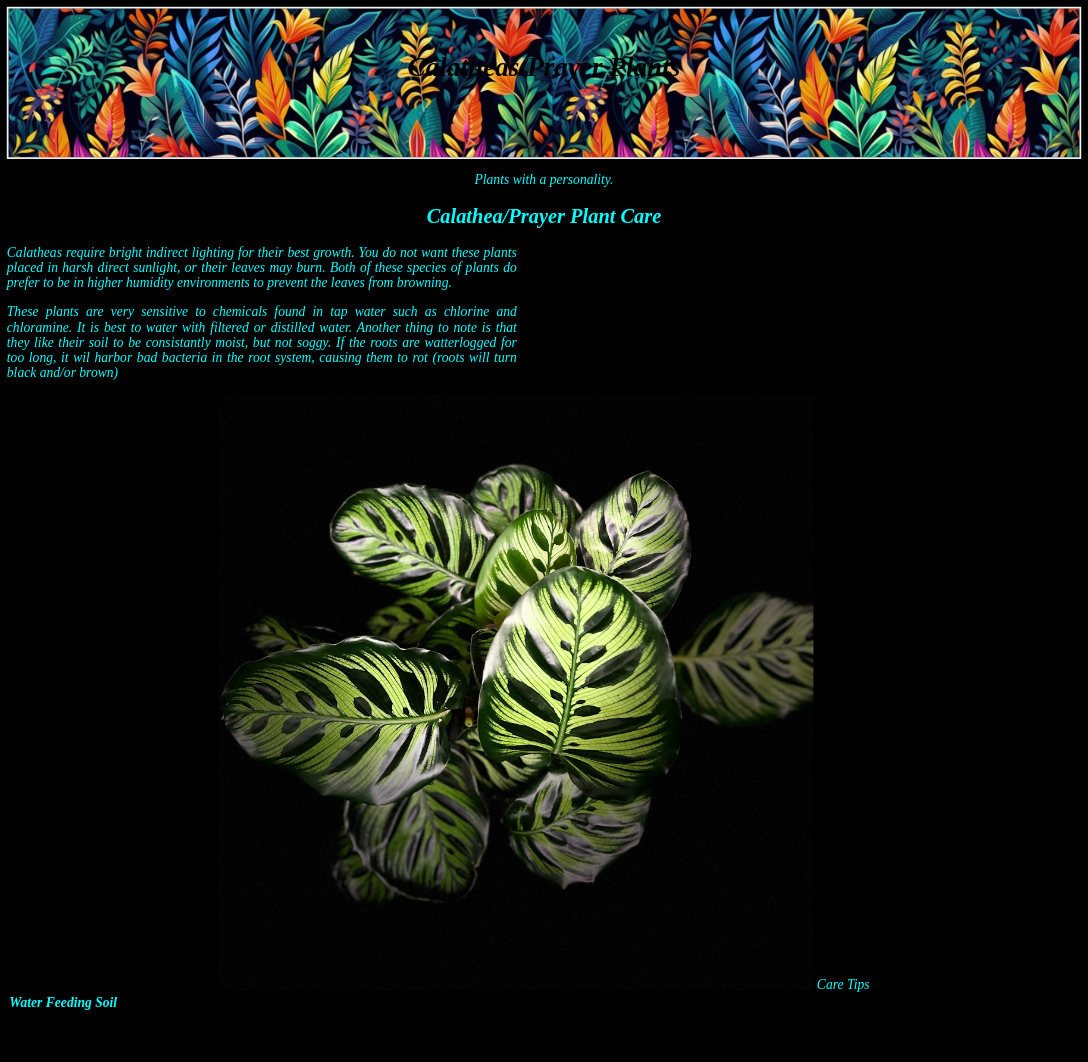
Repository: swillis91/odin-recipies
Page: Planty Page/calatheas.html
These files come from the project's save history. The page is drawn as it stood at one moment and after the next save; the edit follows.
The browser window is 1280 px wide. The pictures show the whole page, at 85% of full size.

Above is the page before, as saved 2023-08-10 00:16:17.

After the next save:
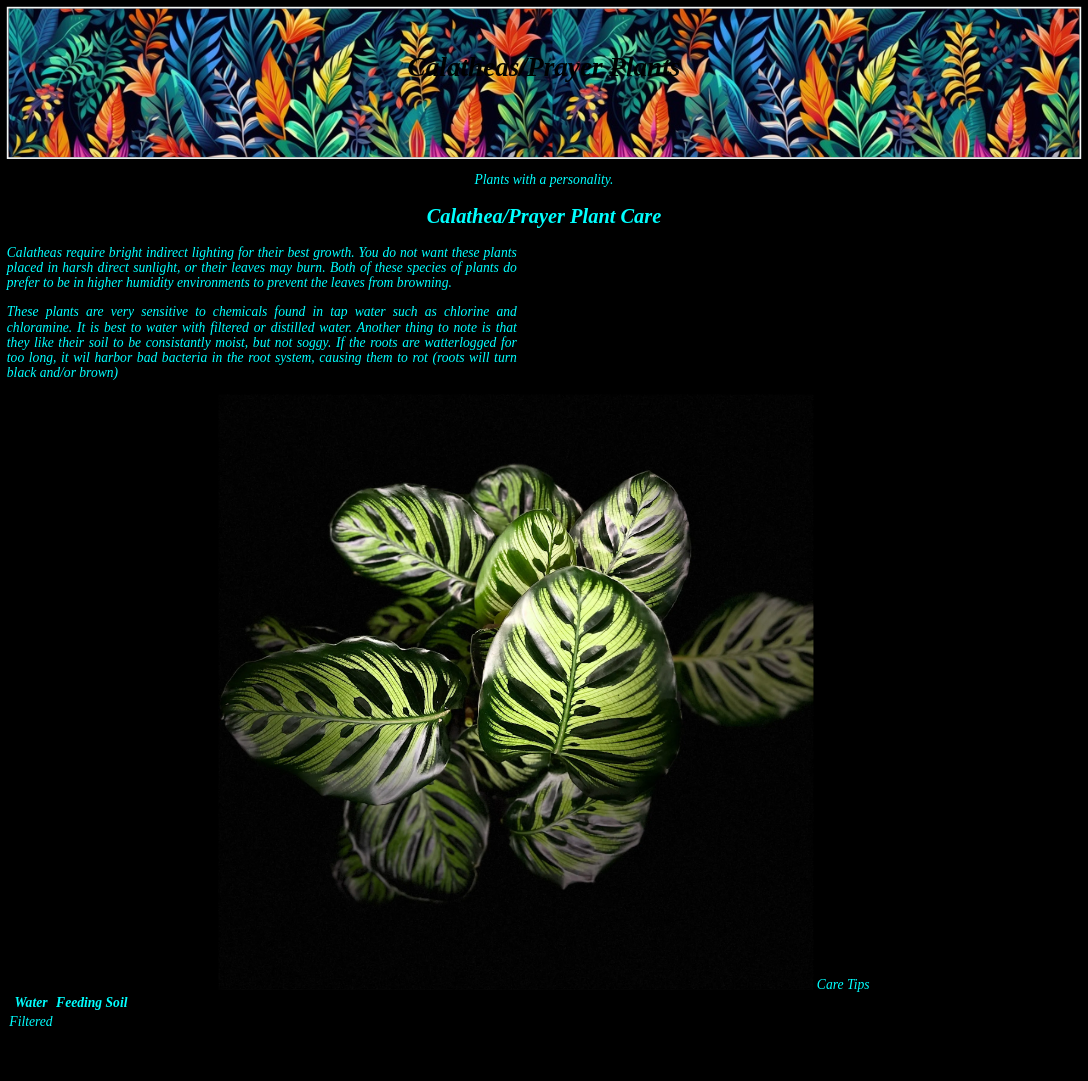
Saved 41 s later.
--- a/Planty Page/calatheas.html
+++ b/Planty Page/calatheas.html
@@ -18,6 +18,9 @@
                     <th>Feeding</th>
                     <th>Soil</th>
                 </tr>
+                <tr>
+                    <td>Filtered </td>
+                </tr>
 
             </table>
         </body>
